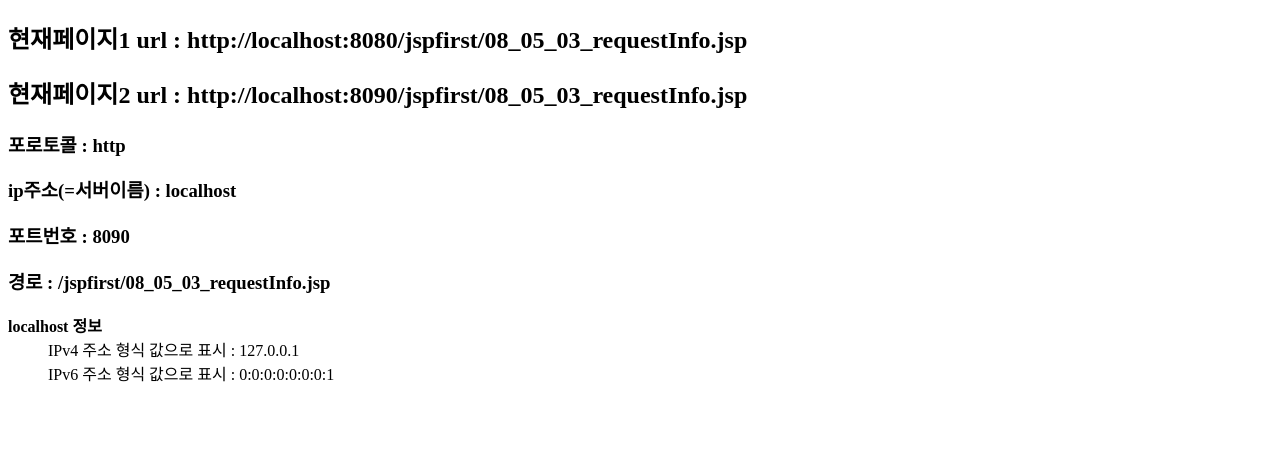
Repository: zhyuk/FullStackStudy
Page: http://localhost/jspfirst/08_05_03_requestInfo.jsp
The author's editor kept a copy of each file at every save. The page is drawn from the files as they stood at one save, then again after the next save.
The browser window is 1280 px wide. The pictures show the whole page.
The page is served by Tomcat 9.

Above is the page before, as saved 2024-08-28 01:13:32.

After the next save:
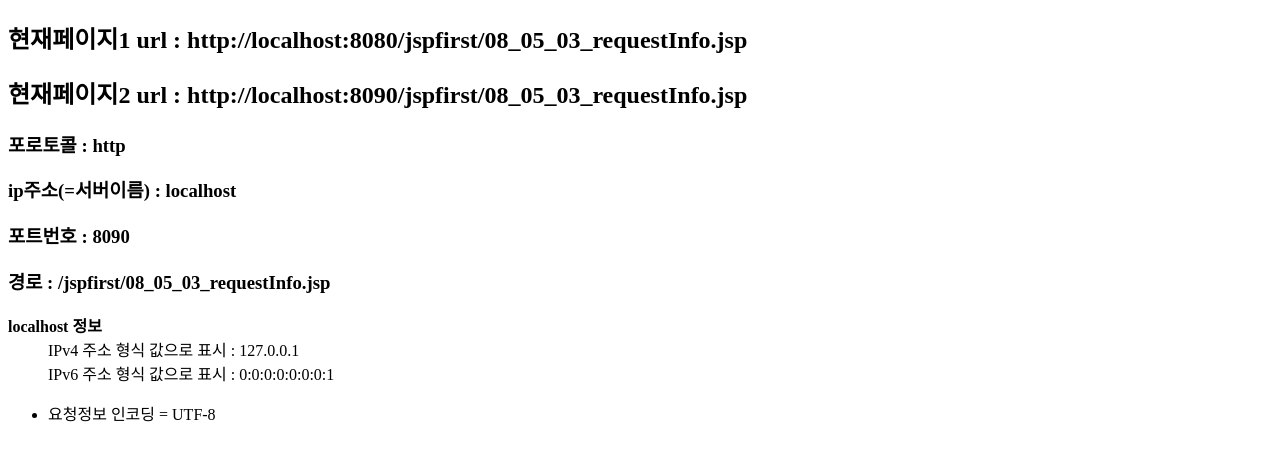
Saved 31 s later.
--- a/jsp/jspwork/jspfirst/src/main/webapp/08_05_03_requestInfo.jsp
+++ b/jsp/jspwork/jspfirst/src/main/webapp/08_05_03_requestInfo.jsp
@@ -19,5 +19,9 @@
 		<dd>IPv4 주소 형식 값으로 표시 : 127.0.0.1</dd>
 		<dd>IPv6 주소 형식 값으로 표시 : 0:0:0:0:0:0:0:1</dd>
 	</dl>
+
+	<ul>
+		<li>요청정보 인코딩 = <%= request.getCharacterEncoding() %></li>
+	</ul>
 </body>
 </html>
